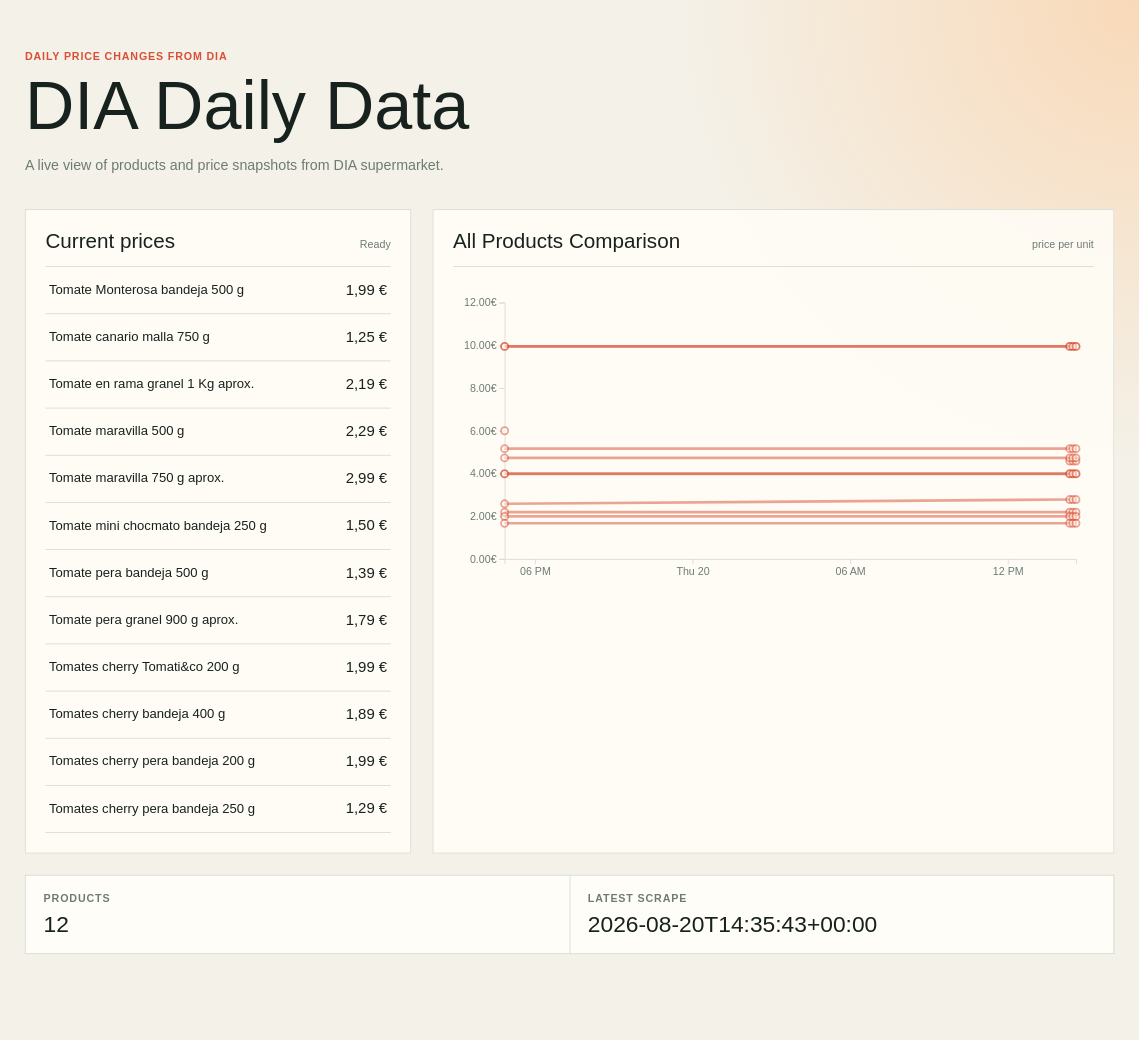
Repository: lloop/dia-daily-data
Page: http://localhost/
An editor plug-in stored every save of this project. The page is shown before and after the next save, followed by the edit.
The browser window is 1280 px wide. The pictures show the whole page, at 89% of full size.
The page is served by the project's application, run on Flask 3 (app.py). The page reads the database file committed with the project.

Above is the page before, as saved 2026-08-20 17:10:40.

After the next save:
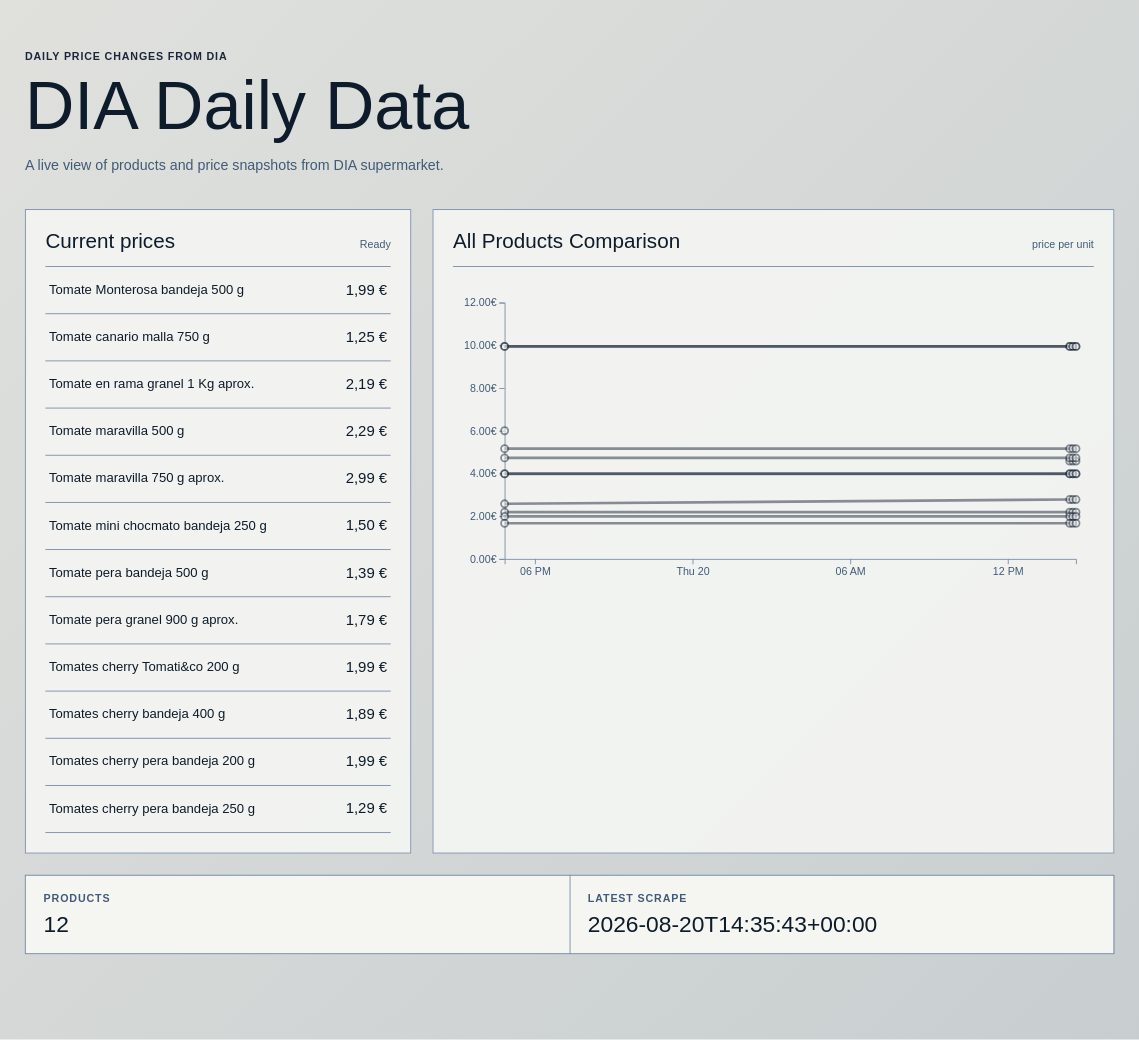
Saved 10 min 7 s later.
--- a/static/styles.css
+++ b/static/styles.css
@@ -1,16 +1,21 @@
 :root {
   color-scheme: light;
-  --ink: #17221f;
-  --muted: #6d7b75;
-  --paper: #f4f1e8;
-  --panel: #fffdf7;
-  --line: #d8ddd4;
-  --accent: #d94f35;
-  --accent-soft: #f5d7c8;
+  --ink-black: #0d1b2a;
+  --prussian-blue: #1b263b;
+  --dusk-blue: #415a77;
+  --dusty-denim: #778da9;
+  --alabaster-grey: #e0e1dd;
+  --ink: var(--ink-black);
+  --muted: var(--dusk-blue);
+  --paper: var(--alabaster-grey);
+  --panel: #f5f6f2;
+  --line: var(--dusty-denim);
+  --accent: var(--prussian-blue);
+  --accent-soft: rgba(119, 141, 169, 0.2);
 }
 
 * { box-sizing: border-box; }
-body { margin: 0; background: radial-gradient(circle at top right, #f9d9b8 0, transparent 30%), var(--paper); color: var(--ink); font-family: Arial, Helvetica, sans-serif;}
+body { margin: 0; background: linear-gradient(135deg, var(--alabaster-grey), #c8ced0); color: var(--ink); font-family: Arial, Helvetica, sans-serif;}
 .dashboard { max-width: 1280px; margin: 0 auto; padding: 56px 28px 72px; }
 .dashboard__header { max-width: 700px; margin-bottom: 36px; }
 .eyebrow, .summary__label, #status, #chart-unit { font: 600 0.75rem/1.2 Arial, sans-serif; letter-spacing: 0.08em; text-transform: uppercase; }
@@ -22,7 +27,7 @@
 .summary__label { display: block; color: var(--muted); margin-bottom: 8px; }
 .summary strong { font-size: 1.6rem; font-weight: 500; }
 .content-grid { display: grid; grid-template-columns: minmax(260px, 0.85fr) minmax(420px, 1.5fr); gap: 24px; margin-bottom: 24px;}
-.panel { background: rgba(255, 253, 247, 0.9); border: 1px solid var(--line); padding: 22px; min-height: 420px; }
+.panel { background: rgba(245, 246, 242, 0.92); border: 1px solid var(--line); padding: 22px; min-height: 420px; }
 .panel__heading { display: flex; align-items: baseline; justify-content: space-between; gap: 16px; border-bottom: 1px solid var(--line); padding-bottom: 14px; }
 h2 { font-size: 1.45rem; font-weight: 500; margin: 0; }
 #status, #chart-unit { color: var(--muted); letter-spacing: 0; text-transform: none; font-weight: 400; }
